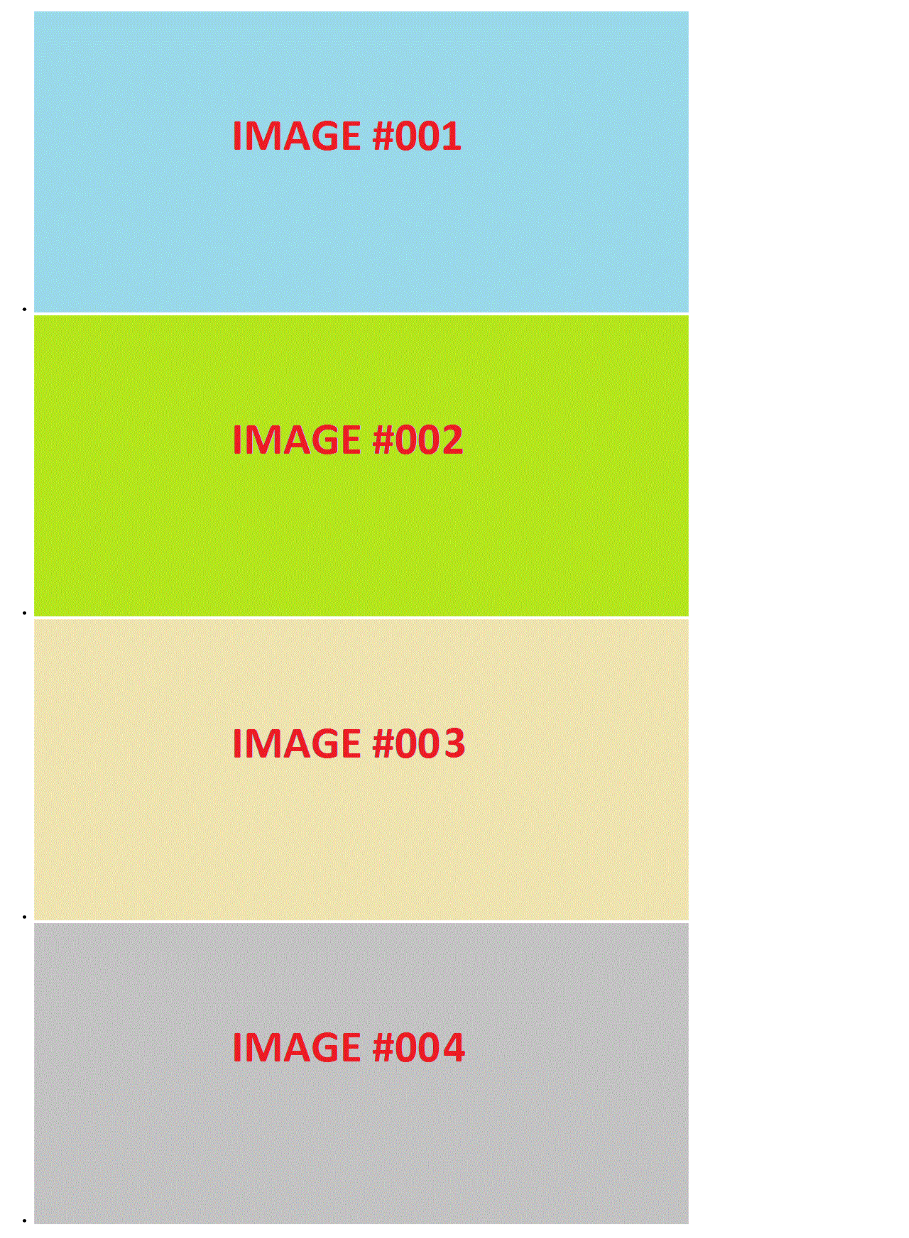
Repository: nema38/30DaysTrainning
Page: 30Days14/index.html
The author's editor kept a copy of each file at every save. The page is drawn from the files as they stood at one save, then again after the next save.
The browser window is 1280 px wide. The pictures show the whole page, at 71% of full size.
Some web libraries are served in a nearby version.

Above is the page before, as saved 2014-04-18 17:06:10.

### 30Days14/index.html
<!DOCTYPE html>
<html>

	<head>
		<meta charset=utf-8>
		<title>The Obligatory Slider</title>
		<link rel="stylesheet" href="slider.css">
	</head>

	<body>
		<div class="navigator">
			<ul>
				<li><img src="img/image001.gif" alt="image" /></li>
				<li><img src="img/image002.gif" alt="image" /></li>
				<li><img src="img/image003.gif" alt="image" /></li>
				<li><img src="img/image004.gif" alt="image" /></li>
			</ul>
		</div>
		<div class="slider-nav">
			<button data-dir="prev">Previous</button>
			<button data-dir="next">Next</button>
		</div>

		<script src="http://ajax.googleapis.com/ajax/libs/jquery/1.11.0/jquery.min.js"></script>

		<script src="slider.js"></script>

	</body>

</html>

### 30Days14/slider.css
.slider-nav	{
	display: none;
}

### 30Days14/slider.js
/**
 * @author mchavez
 */

After the next save:
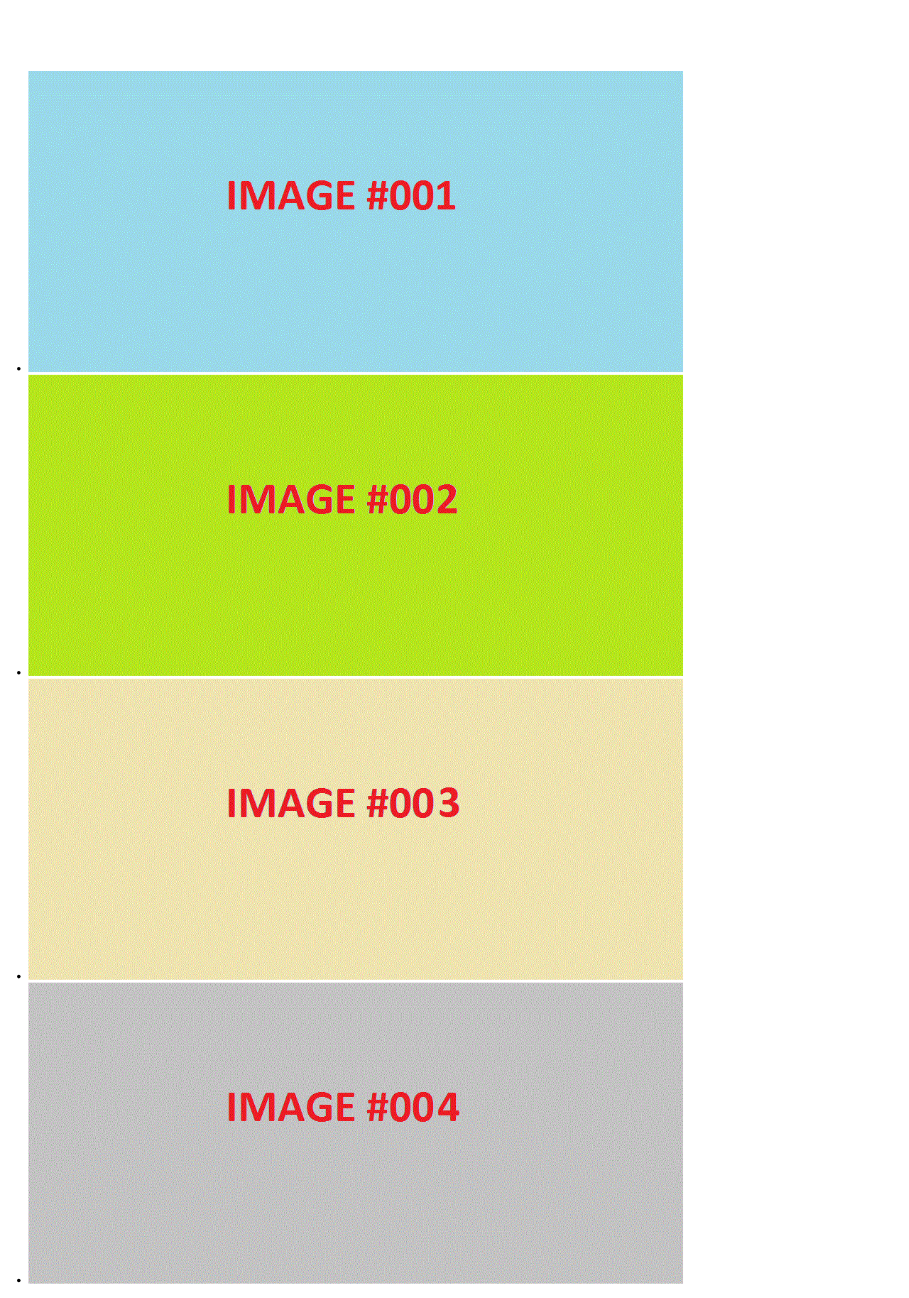
Saved 2 min 38 s later.
--- a/30Days14/slider.css
+++ b/30Days14/slider.css
@@ -1,3 +1,8 @@
 .slider-nav	{
 	display: none;
 }
+
+body	{
+	width: 600 px;
+	margin: 100px auto 0;
+}
